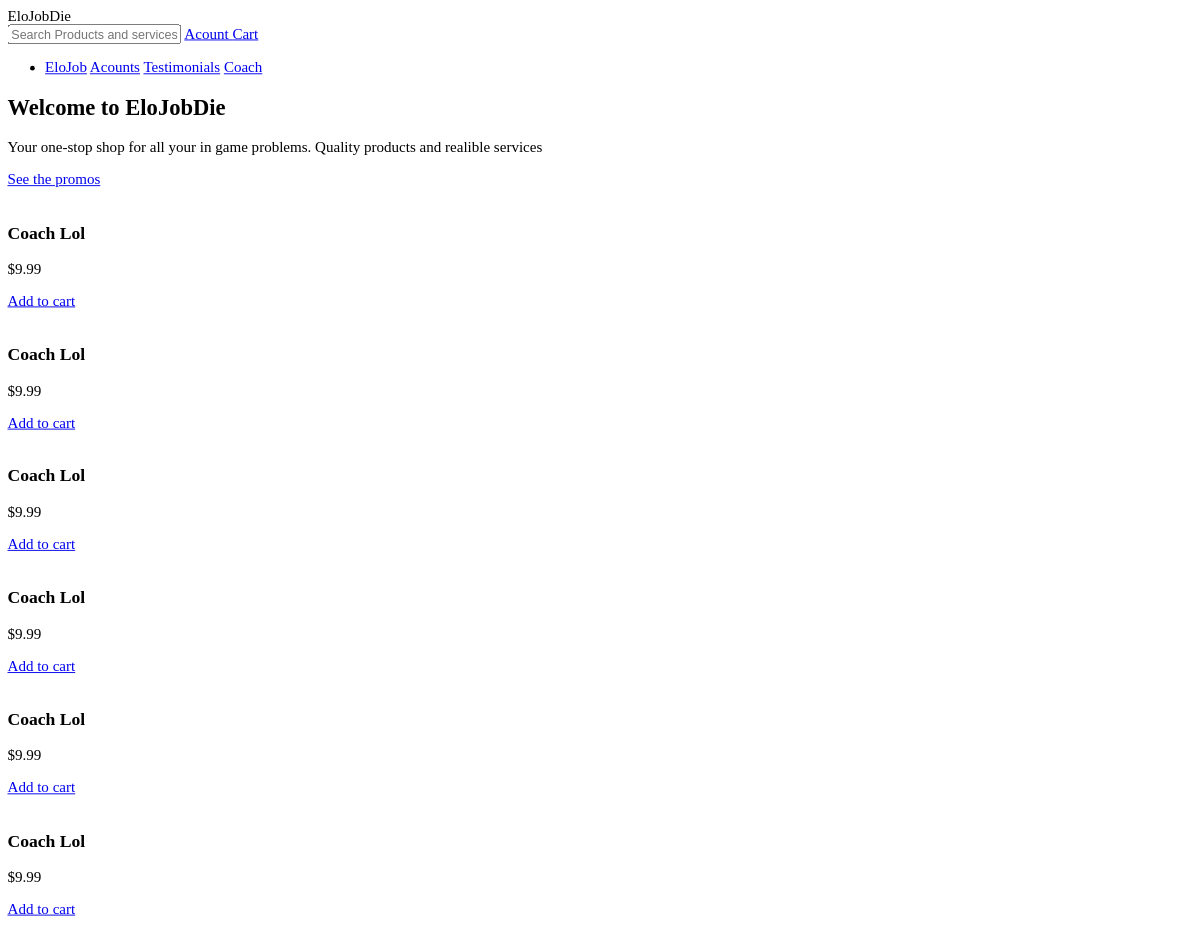
Repository: JustTheHero/web_online_store
Page: homePage.html
These files come from the project's save history. The page is drawn as it stood at one moment and after the next save; the edit follows.
The browser window is 1280 px wide. The pictures show the whole page, at 94% of full size.

Above is the page before, as saved 2025-04-24 09:28:33.

After the next save:
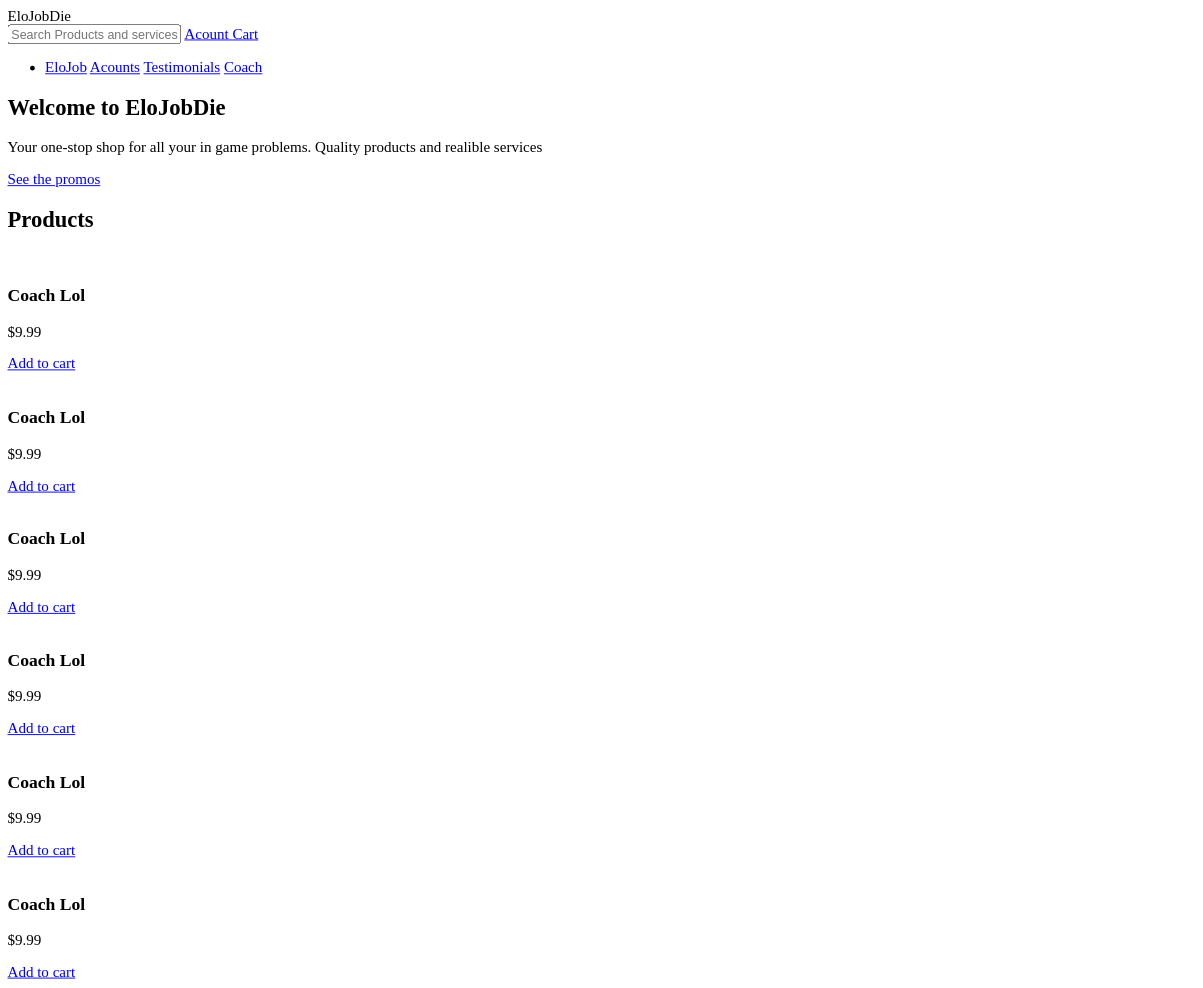
Saved 2 min 14 s later.
--- a/homePage.html
+++ b/homePage.html
@@ -47,6 +47,7 @@
 
     <section class="products">
         <div class = "container_products">
+            <h2>Products</h2>
             <div class = "grid_products">
                <div class = "card_products">
                 <div class = "image_products">
@@ -117,7 +118,9 @@
         </div>
     </section>
     <footer>
-
+        <div class = "container_footer">
+            <div class = ""
+        </div>
     </footer>
 
 
